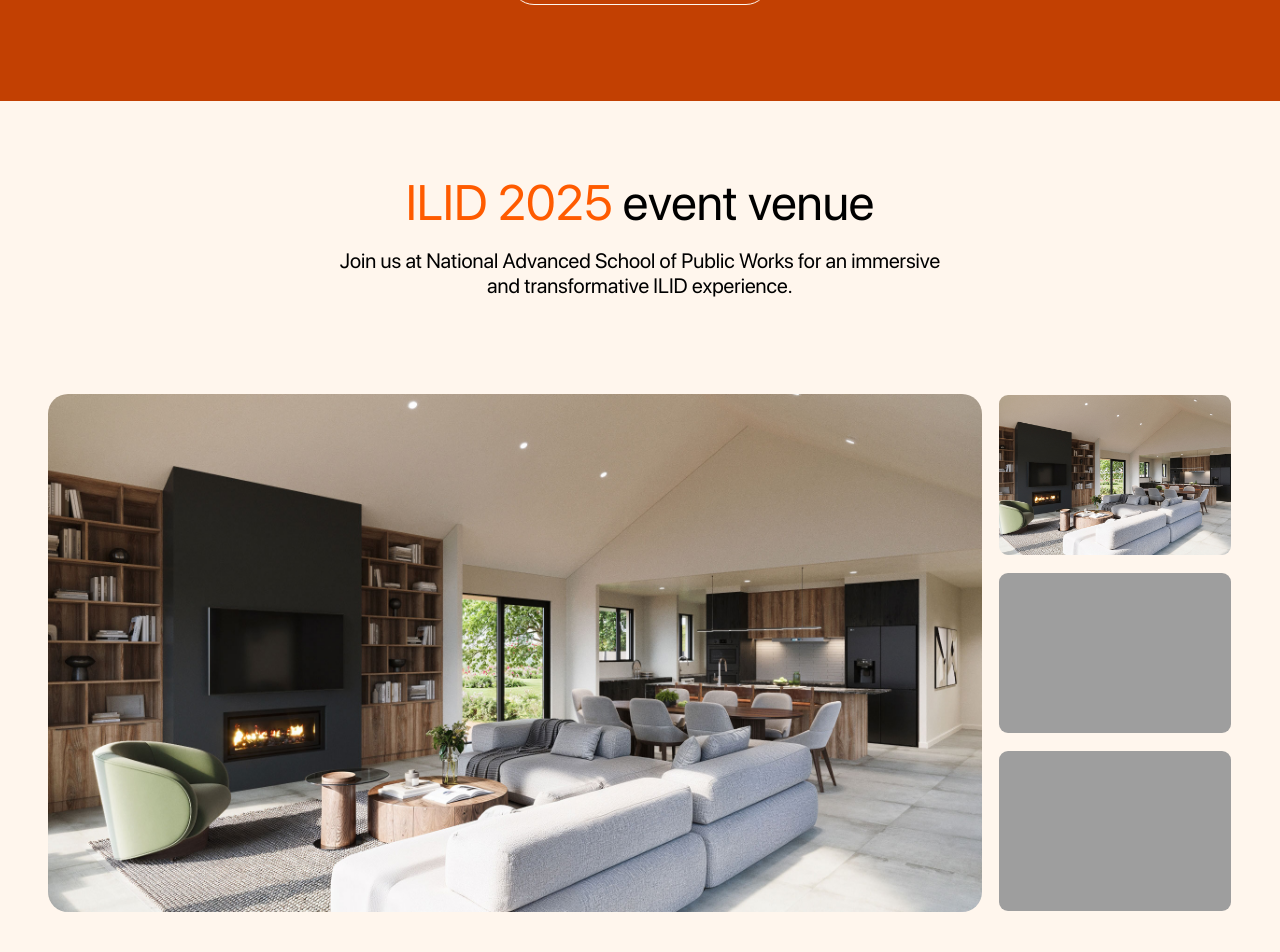
Repository: ilidevent/ilidwebsite
Page: /
These files come from the project's save history. The page is drawn as it stood at one moment and after a run of saves; the edit follows.
The browser window is 1280 px wide. The pictures show the part of the page from y = 4054 to 5006 px (the page is 5209 px tall).
Pictures or frames that could not be fetched are drawn as grey boxes. The project was rebuilt for these pictures with package versions that can differ from the ones it lists, and the page was loaded fresh each time. The framework's server and built-in components were replaced by stand-ins that run in the browser. Also part of the build but not shown: next.config.ts.

Above is the page before, as saved 2025-03-13 21:16:46.

### app/layout.tsx
import type { Metadata } from "next";
import localFont from "next/font/local";
import { Navbar } from "@/components";
import "../styles/globals.scss";

const regular = localFont({
  src: "./fonts/SF-Pro-Display-Regular.ttf",
  variable: "--regular-font"
})

const medium = localFont({
  src: "./fonts/SF-Pro-Display-Medium.ttf",
  variable: "--medium-font"
})

const semibold = localFont({
  src: "./fonts/SF-Pro-Display-Semibold.ttf",
  variable: "--semibold-font"
})

const heavy = localFont({
  src: "./fonts/SF-Pro-Display-Heavy.ttf",
  variable: "--heavy-font"
})

const script = localFont({
  src: "./fonts/VT323-Regular.ttf",
  variable: "--script-font"
})

export const metadata: Metadata = {
  title: "Innovation Lab for Infrastructure Development",
  description: "Generated by create next app",
};

export default function RootLayout({
  children,
}: Readonly<{
  children: React.ReactNode;
}>) {
  return (
    <html lang="en">
      <body className={`${regular.variable} ${medium.variable} ${semibold.variable} ${heavy.variable} ${script.variable}`}>
        <Navbar/>
        {children}
      </body>
    </html>
  );
}

### app/page.tsx
import React from 'react'
import { HomePageWrapper } from '@/components'

const HomePage = () => {
  return (
    <div className='main'>
      <HomePageWrapper/>
    </div>
  )
}

export default HomePage

### components/index.ts
import Navbar from "./Navigation/Navbar";
import HomePageWrapper from "./HomePage/HomePageWrapper";

export {
  Navbar,
  HomePageWrapper
}

### components/ReUsables/Button.tsx
import React from "react";
import Link from "next/link";
import styles from "../../styles/ReUsables/button.module.scss";

interface ButtonInfo {
  name: string;
  link: string;
}

const Button = ({
  buttonInfo,
  fill,
}: {
  buttonInfo: ButtonInfo;
  fill: boolean;
}) => {
  return (
    <>
      {fill ? (
        <Link className={styles.button__background} href={buttonInfo.link}>
          {buttonInfo.name}
        </Link>
      ) : (
        <Link className={styles.button__stroke} href={buttonInfo.link}>
          {buttonInfo.name}
        </Link>
      )}
    </>
  );
};

export default Button;

### styles/Navigation/navbar.module.scss
.nav__header {
  width: 100%;
  height: auto;
  padding: 1rem 0;
  position: fixed;
  top: 0;
  left: 0;
  z-index: 100;
}

.nav__container {
  position: relative;
  display: flex;
  justify-content: space-between;
  align-items: center;
}

.nav__logo {
  width: 270px;
  aspect-ratio: 1112.0159/400;
  position: relative;

  img {
    object-fit: cover;
  }
}

.nav__center {
  position: absolute;
  top: 50%;
  left: 50%;
  transform: translate(-50%, -50%);
  display: flex;
  gap: 1.5rem;

  a {
    color: var(--body-color);
    opacity: 1;
    transition: opacity 0.5s ease;

    &:hover {
      opacity: 0.5;
    }
  }
}

.nav__right{
  display: flex;
  gap: 1.5rem
}

### components/ReUsables/PaddingTop.tsx
import React from 'react'
import styles from "../../styles/ReUsables/paddingtop.module.scss"

const PaddingTop = ({backgroundColor} : {backgroundColor: string}) => {
  return (
    <div className={styles.paddingtop} style={{backgroundColor: backgroundColor}}></div>
  )
}

export default PaddingTop

### components/ReUsables/AboutboxWrapper.tsx
import React from "react";
import AboutBox from "./AboutBox";
import { AboutData } from "@/utils";
import styles from "../../styles/ReUsables/aboutboxwrapper.module.scss";

const AboutboxWrapper = () => {
  return (
    <div className={styles.abw__wrapper}>
      {AboutData.map((data, i) => (
        <AboutBox key={i} boxData={data} />
      ))}
    </div>
  );
};

export default AboutboxWrapper;

### components/ReUsables/SpeakerWrapper.tsx
"use client";

import React, { useState } from "react";
import { SpeakerData } from "@/utils";
import SpeakerBox from "./SpeakerBox";
import { AnimatePresence } from "framer-motion";
import styles from "../../styles/ReUsables/aboutboxwrapper.module.scss";

const SpeakerWrapper = () => {
  const [activeButton, setActiveButton] = useState("speaker");

  const sectionData = SpeakerData.filter((item) =>
    item.roles.includes(activeButton)
  );
  return (
    <div className={styles.sb__wrapper}>
      <div className={styles.work__buttons}>
        <div
          className={`${styles.wbuttons} ${
            activeButton === "speaker" ? styles.active__button : ""
          }`}
          onClick={() => setActiveButton("speaker")}
        >
          Speakers
        </div>
        <div
          className={`${styles.wbuttons} ${
            activeButton === "workshop" ? styles.active__button : ""
          }`}
          onClick={() => setActiveButton("workshop")}
        >
          Workshops
        </div>
      </div>
      <div className={styles.sbw__wrapper}>
        <AnimatePresence>
          {sectionData.map((data, i) => (
            <SpeakerBox boxData={data} key={data.id}/>
          ))}
        </AnimatePresence>
      </div>
    </div>
  );
};

export default SpeakerWrapper;

### components/ReUsables/OpportunityWrapper.tsx
import React from 'react'
import OpportunityBox from './OpportunityBox'
import { OpportunityData } from '@/utils'
import styles from "../../styles/ReUsables/aboutboxwrapper.module.scss"

const OpportunityWrapper = () => {
  return (
    <div className={styles.obw__wrapper}>
      {OpportunityData.map((data, i) => (
        <OpportunityBox key={i} boxData={data} />
      ))}
    </div>
  )
}

export default OpportunityWrapper

### styles/ReUsables/button.module.scss
.button__background{
  padding: 0.7rem 1.5rem;
  border-radius: 100px;
  background-color: var(--body-color);
  color: var(--orange);
  border: 1px solid transparent;
  transition: all 0.5s ease;

  &:hover{
    border: 1px solid var(--body-color);
    color: var(--body-color);
    background-color: transparent;
  }
}

.button__stroke{
  padding: 0.7rem 1.5rem;
  border-radius: 100px;
  background-color: transparent;
  color: var(--body-color);
  border: 1px solid var(--body-color);
  transition: all 0.5s ease;

  &:hover{
    border: 1px solid transparent;
    color: var(--orange);
    background-color: var(--body-color);
  }
}

.button__strokeTwo{
  padding: 0.7rem 1.5rem;
  border-radius: 100px;
  background-color: transparent;
  color: var(--orange);
  border: 1px solid var(--orange);
  transition: all 0.5s ease;

  &:hover{
    border: 1px solid transparent;
    color: var(--body-color);
    background-color: var(--orange);
  }
}

### styles/ReUsables/venuebanner.module.scss
.vb__section{
  position: relative;
  width: 100%;
  height: auto;
  padding: 0rem 0 3rem;
}

.vbslider__container{
  width: 100%;
  padding: 2rem 0;
  border-bottom: 1px solid var(--orange);
}

.vb__slider{
  width: max-content;
  position: relative;
  display: flex;
}

.slider__main{
  display: flex;

  .slider__space{
    width: 1rem;
    height: 1rem;
    display: block;
  }
}

.slider__content{
  display: flex;
  gap: 1.5rem;
  align-items: center;
  font-family: var(--script-font);
  font-size: calc(var(--h2-font-size) - 0.3rem);
  color: var(--orange);
}

.first__slide{
  display: flex;
  align-items: center;
  gap: 1.5rem;

  p{
    word-wrap: none;
  }

  .span__button{
    display: block;
    width: 1rem;
    height: 1rem;
    border-radius: 50%;
    background-color: var(--orange);
  }
}

### components/ReUsables/HighlighedText.tsx
import React from 'react'
import styles from "../../styles/ReUsables/highlightedtext.module.scss";

interface HighlightedTextProps {
  text: string;
  // List of words you want to highlight (in lowercase)
  keywords?: string[];
  color: string;
}

const HighlightedText = ({
  text,
  keywords,
  color
}: HighlightedTextProps) => {
  // Split the text into words
  const words = text.split(" ");

  return (
    <p className={styles.large__text}>
      {words.map((word, index) => {
        // Remove punctuation for matching and convert to lowercase.
        const cleanedWord = word.replace(/[.,!?;:()]/g, "");

        if (keywords?.includes(cleanedWord)) {
          return (
            <span key={index} style={{color: "var(--orange)"}}>
              {word}{" "}
            </span>
          );
        } else {
          return (
            <span key={index} style={{color: color}}>
              {word}{" "}
            </span>
          );
        }
      })}
    </p>
  );
};

export default HighlightedText;

### components/ReUsables/ButtonTwo.tsx
import React from "react";
import Link from "next/link";
import styles from "../../styles/ReUsables/button.module.scss";

interface ButtonInfo {
  name: string;
  link: string;
}

const ButtonTwo = ({ buttonInfo }: { buttonInfo?: ButtonInfo }) => {
  if (!buttonInfo) return null; // or handle the undefined case as needed

  return (
    <>
      {buttonInfo && (
        <Link className={styles.button__strokeTwo} href={buttonInfo.link}>
          {buttonInfo.name}
        </Link>
      )}
    </>
  );
};

export default ButtonTwo;

### styles/ReUsables/reusablesection.module.scss
.rs__content{
  width: 100%;
  height: auto;
  position: relative;
}

.rs__container{
  height: max-content;
}

.rs__wrapper{
  width: 100%;
  height: auto;
  display: flex;
  flex-direction: column;
  justify-content: flex-start;
  gap: 6rem;
  align-items: center;
}

.rscontent__header{
  width: 60%;
  display: flex;
  flex-direction: column;
  align-items: center;
  justify-content: flex-start;
  gap: 1rem;

  .p__tag{
    text-align: center;
    width: 85%;
    font-size: calc(var(--normal-font-size) + 0.2rem);
  }
}

.rsmain__content{
  width: 100%;
  height: auto;
}

### styles/ReUsables/sloganbanner.module.scss
.sl__section{
  position: relative;
  width: 100%;
  height: auto;
  padding: 0rem 0 3rem;
}

.slslider__container{
  width: 100%;
  padding: 2rem 0;
  background-color: var(--orange);
}

.sl__slider{
  width: max-content;
  position: relative;
  display: flex;
}

.slider__main{
  display: flex;

  .slider__space{
    width: 1rem;
    height: 1rem;
    display: block;
  }
}

.slider__content{
  display: flex;
  gap: 1.5rem;
  align-items: center;
  font-family: var(--script-font);
  font-size: calc(var(--h2-font-size) - 0.3rem);
  color: var(--body-color);
}

.first__slide{
  display: flex;
  align-items: center;
  gap: 1.5rem;

  p{
    word-wrap: none;
  }

  .span__button{
    display: block;
    width: 1rem;
    height: 1rem;
    border-radius: 50%;
    background-color: var(--body-color);
  }
}

### styles/ReUsables/paddingtop.module.scss
.paddingtop{
  padding-top: 1.5rem;
}

### components/ReUsables/AboutBox.tsx
import React from "react";
import { StaticImageData } from "next/image";
import Image from "next/image";
import styles from "../../styles/ReUsables/aboutbox.module.scss";

interface BoxProps {
  image: StaticImageData;
  aspectRatio: string;
  name: string;
  text: string;
}

const AboutBox = ({ boxData }: { boxData: BoxProps }) => {
  return (
    <div className={styles.abox__wrapper}>
      <div className={styles.aboutbox}>
        <div className={styles.aboutboxer}>
          <div
            className={styles.aboutb__image}
            style={{ aspectRatio: boxData.aspectRatio }}
          >
            <Image fill quality={100} alt={boxData.name} src={boxData.image} />
          </div>
          <div className={styles.about__content}>
            <span>{boxData.name}</span>
            <p>{boxData.text}</p>
          </div>
        </div>
      </div>
      <div className={styles.animation}></div>
      <div className={styles.animationtwo}></div>
    </div>
  );
};

export default AboutBox;

### styles/ReUsables/aboutboxwrapper.module.scss
.abw__wrapper {
  width: 100%;
  height: auto;
  display: grid;
  grid-template-columns: repeat(3, 1fr);
  column-gap: 20px;
}

.obw__wrapper {
  width: 100%;
  height: auto;
  display: grid;
  grid-template-columns: repeat(3, 1fr);
}

.sb__wrapper {
  width: 100%;
  height: auto;
  display: flex;
  flex-direction: column;
  align-items: center;
  justify-content: flex-start;
  gap: 2rem;

  .sbw__wrapper {
    width: 100%;
    height: auto;
    display: grid;
    grid-template-columns: repeat(4, 1fr);
  }

  .work__buttons {
    width: max-content;
    padding: 0.4rem;
    border: 1px solid var(--body-color);
    display: flex;
    gap: 0.4rem;
    border-radius: 70px;

    .wbuttons {
      padding: 0.7rem 1.5rem;
      border: 1px solid transparent;
      border-radius: 70px;
      color: rgb(255, 246, 237, 0.5);
      cursor: pointer;
      transition: all 0.7s ease;

      &.active__button{
        border: 1px solid var(--body-color);
        color: var(--body-color);
      }
    }
  }
}

### components/ReUsables/SpeakerBox.tsx
import React from "react";
import Image from "next/image";
import { motion } from "framer-motion";
import { speakerAnimation } from "@/animations";
import { StaticImageData } from "next/image";
import styles from "../../styles/ReUsables/speaker.module.scss";

interface SpeakerProps{
  id: number;
  image: StaticImageData;
  name: string;
  position: string;
  roles: string[];
}


const SpeakerBox = ({boxData}: {boxData: SpeakerProps}) => {
  return (
    <motion.div variants={speakerAnimation} initial="initial" animate="enter" exit="closed" className={styles.speaker__box}>
      <div className={styles.speaker__image}>
        <Image fill quality={100} alt={boxData.name} src={boxData.image} />
      </div>
      <div className={styles.sbackground}>
        <div className={styles.sback__content}>
          <p>{boxData.name}</p>
          <span>{boxData.position}</span>
        </div>
      </div>
    </motion.div>
  );
};

export default SpeakerBox;

### components/ReUsables/OpportunityBox.tsx
import React from "react";
import Image from "next/image";
import { StaticImageData } from "next/image";
import Link from "next/link";
import styles from "../../styles/ReUsables/opportunitybox.module.scss";

interface BoxContentProps{
  heading: string;
  text: string;
  image: StaticImageData;
  linkData?: {
    name: string;
    link: string;
  }
}


const OpportunityBox = ({boxData}: {boxData: BoxContentProps}) => {
  return (
    <div className={styles.obox__wrapper}>
      <div className={styles.ob__content}>
        <span>{boxData.heading}</span>
        <p>
          {boxData.text}
        </p>
      </div>
      <div className={styles.obimage__wrapper}>
        <div className={styles.ob__image}>
          <Image fill quality={100} alt={boxData.heading} src={boxData.image} />
        </div>
        <div className={styles.overlay}></div>
        {boxData.linkData && <Link href="/speakers" className={styles.button__fill}>Become a speaker</Link>}
      </div>
    </div>
  );
};

export default OpportunityBox;

### styles/ReUsables/venuewrapper.module.scss
.venue__wrapper{
  width: 100%;
  aspect-ratio: 16/7;
  position: relative;
  display: flex;
  justify-content: space-between;
  align-items: flex-start;
  gap: 16px;
}

.venue__main{
  width: 80%;
  height: 100%;
  position: relative;
  overflow: hidden;
  border-radius: 20px;
}

.venueimage{
  width: 100%;
  height: 100%;
  position: absolute;
  top: 0;
  left: 0;
  opacity: 0;
  transition: opacity 0.7s ease;

  &.active__image{
    opacity: 1;
  }

  img{
    object-fit: cover;
  }
}

.venue__right{
  width: 20%;
  height: 100%;
  display: grid;
  grid-template-rows: repeat(3, 1fr);
  gap: 16px;
  position: relative;
}

.venueimagetwo{
  width: 100%;
  height: 100%;
  border-radius: 10px;
  position: relative;
  overflow: hidden;
  cursor: pointer;
  border: 1px solid transparent;
  transition: border 0.7s ease;

  img{
    object-fit: cover;
  }
}

### styles/ReUsables/highlightedtext.module.scss
.large__text{
  font-size: calc(var(--h2-font-size) + 0.6rem);
}

### animations/index.ts
export const speakerAnimation = {
  initial: { opacity: 0 },

  enter: {
    opacity: 1,
    transition: { duration: 0.7, ease: [0.7, 0, 0.3, 1] },
  },

  closed: {
    opacity: 0,
    transition: { duration: 0.7, ease: [0.3, 0, 0.7, 0] },
  },
};

### styles/ReUsables/speaker.module.scss
.speaker__box{
  width: 100%;
  border: 1px solid var(--body-color);
  aspect-ratio: 413/510;
  position: relative;
  opacity: 0;
}

.speaker__image{
  width: 100%;
  height: 100%;
  position: relative;

  img{
    object-fit: cover;
  }
}

.sbackground{
  width: 100%;
  height: 100%;
  position: absolute;
  top: 0;
  left: 0;
  z-index: 1;
  padding: 1.2rem;
  background: linear-gradient(180deg, rgba(255, 255, 255, 0.00) 45%, rgba(255, 91, 0, 0.80) 100%);
  display: flex;
  flex-direction: column;
  opacity: 0;
  transition: opacity 0.7s ease;

  &:hover{
    opacity: 1;
  }
}

.sback__content{
  margin-top: auto;
  display: flex;
  flex-direction: column;
  gap: 0.05rem;
  color: var(--body-color);

  p{
    font-size: calc(var(--normal-font-size) + 0.5rem);
  }

  span{
    font-size: var(--small-font-size);
  }
}

### styles/ReUsables/opportunitybox.module.scss
.obox__wrapper{
  width: 100%;
  aspect-ratio: 550/700;
  position: relative;
  padding: 2.5rem 1.5rem 0rem;
  display: flex;
  flex-direction: column;
  justify-content: flex-start;
  align-items: flex-start;
  border: 1px solid var(--orange);
}

.ob__content{
  display: flex;
  flex-direction: column;
  width: 80%;
  height: auto;
  gap: 1rem;

  span{
    font-size: var(--h2-font-size);
    line-height: 1.1;
  }

  p{
    color: var(--text-color-light);
    width: 100%;
  }
}

.obimage__wrapper{
  width: 100%;
  height: 60%;
  position: absolute;
  bottom: 0;
  left: 0;
  overflow: hidden;
  border-top-left-radius: 20px;
  border-top-right-radius: 20px;
}

.ob__image{
  position: relative;
  width: 100%;
  height: 100%;

  img{
    object-fit: cover;
  }
}

.overlay{
  width: 100%;
  height: 100%;
  position: absolute;
  top: 0;
  left: 0;
  z-index: 1;
  background-color: rgba(255, 91, 0, 0.15);
}

.button__fill{
  padding: 0.6rem 1.3rem;
  border-radius: 100px;
  background-color: var(--orange);
  color: var(--body-color);
  border: 1px solid transparent;
  transition: all 0.5s ease;
  position: absolute;
  bottom: 1.5rem;
  left: 1.5rem;
  z-index: 2;
  font-size: var(--small-font-size);

  &:hover{
    border: 1px solid var(--body-color);
    background-color: transparent;
  }
}

Loaded but not shown: components/HomePage/HomePageWrapper.tsx (134 lines, source omitted); components/ReUsables/VenueBanner.tsx (90 lines, source omitted); components/ReUsables/SloganBanner.tsx (86 lines, source omitted); utils/index.ts (121 lines, source omitted); styles/globals.scss (167 lines, source omitted); styles/ReUsables/aboutbox.module.scss (113 lines, source omitted); components/ReUsables/HeroSection.tsx (70 lines, source omitted); components/ReUsables/VenueWrapper.tsx (61 lines, source omitted); styles/ReUsables/herosection.module.scss (94 lines, source omitted); components/ReUsables/ReusableSection.tsx (56 lines, source omitted); components/Navigation/Navbar.tsx (62 lines, source omitted)

After the next 2 saves:
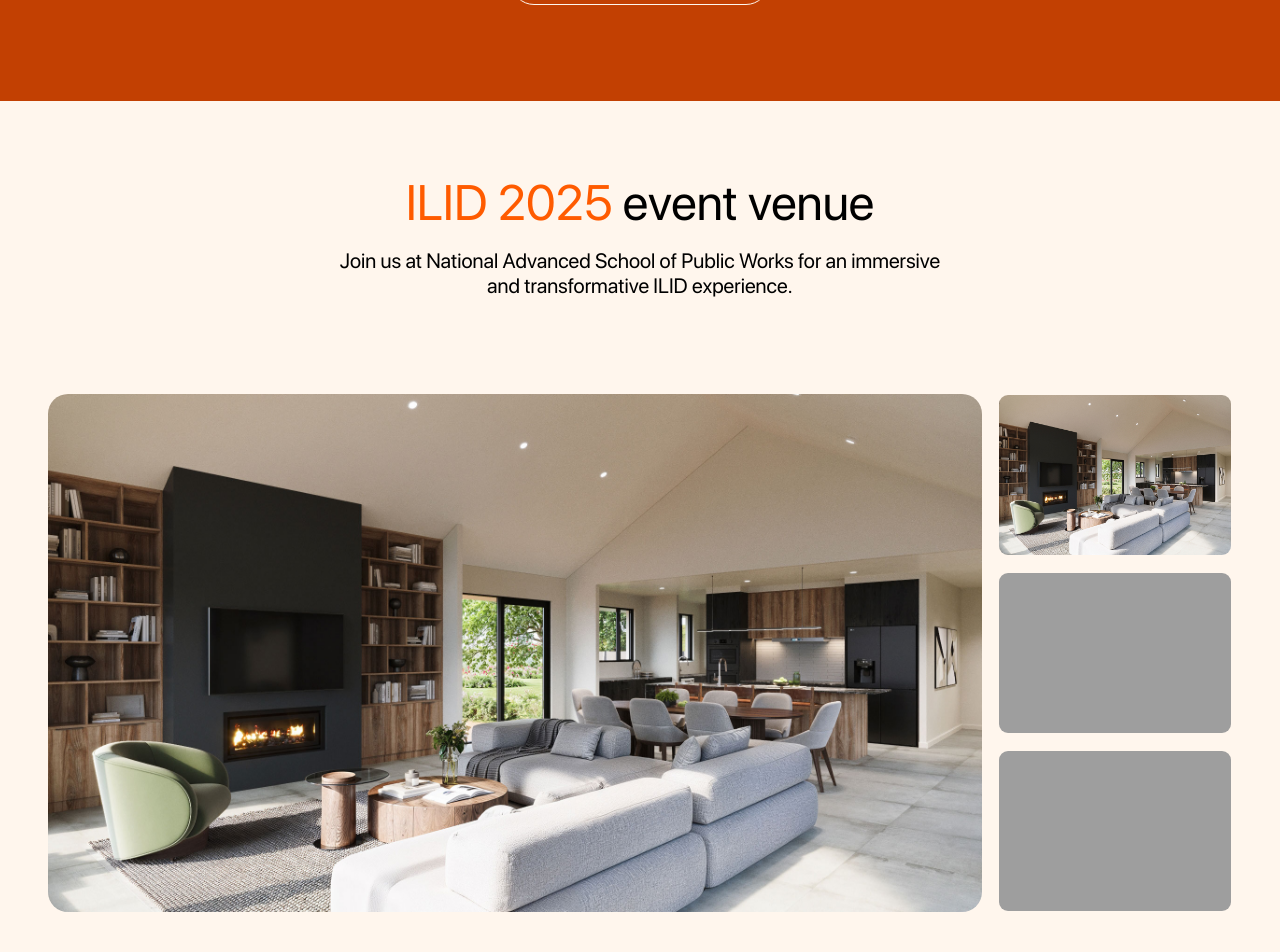
The 2 saves are shown as one change because they came seconds apart.
The last was saved 8 s later.
--- a/styles/ReUsables/venuewrapper.module.scss
+++ b/styles/ReUsables/venuewrapper.module.scss
@@ -53,6 +53,8 @@
   border: 1px solid transparent;
   transition: border 0.7s ease;
 
+  &.active
+
   img{
     object-fit: cover;
   }

After the 3 saves that followed:
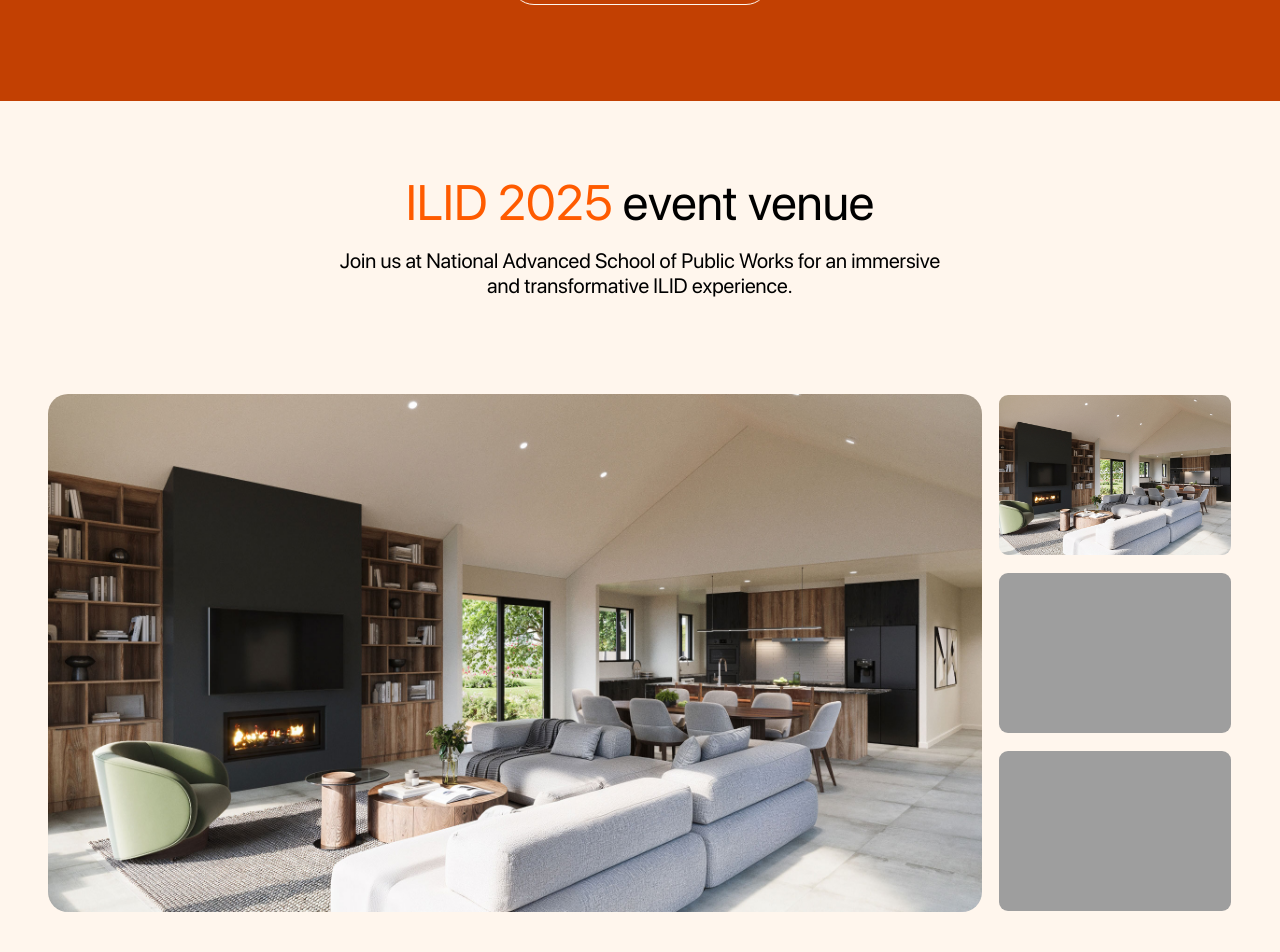
The 3 saves are shown as one change because they came seconds apart.
The last was saved 12 s later.
--- a/styles/ReUsables/venuewrapper.module.scss
+++ b/styles/ReUsables/venuewrapper.module.scss
@@ -53,7 +53,9 @@
   border: 1px solid transparent;
   transition: border 0.7s ease;
 
-  &.active
+  &.active__image{
+    border: 1px s;
+  }
 
   img{
     object-fit: cover;
